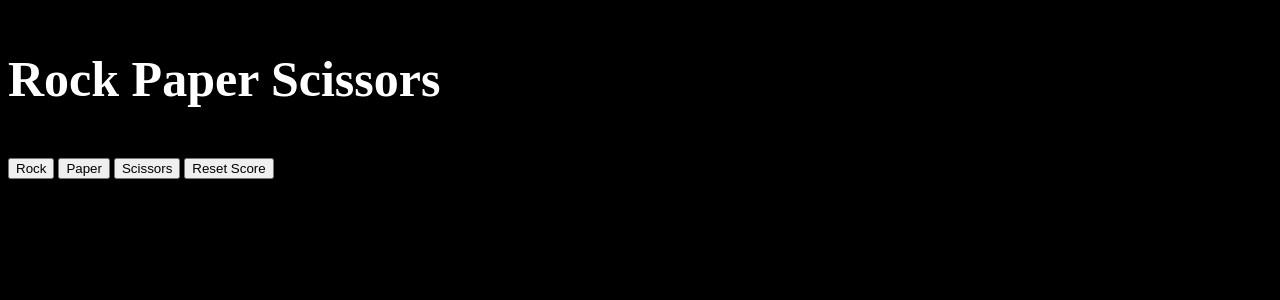
Repository: pgyunknown/Rock_paper_scissors-
Page: index.html
The author's editor kept a copy of each file at every save. The page is drawn from the files as they stood at one save, then again after the next save.
The browser window is 1280 px wide. The pictures show the whole page.

Above is the page before, as saved 2024-08-30 16:54:31.

After the next save:
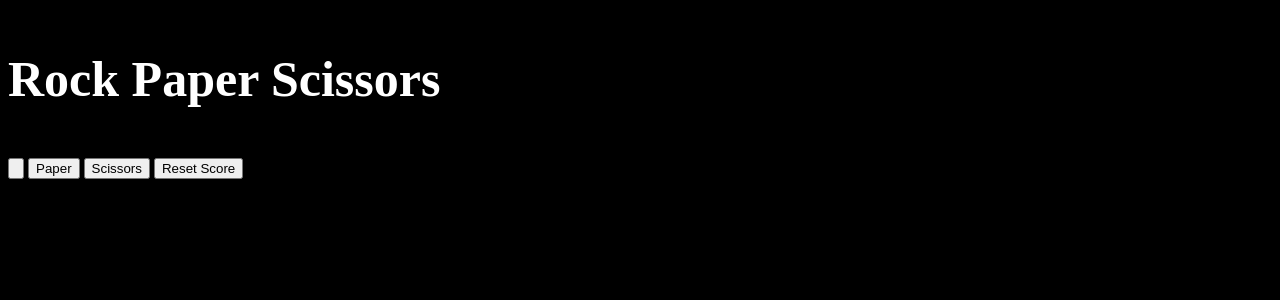
Saved 3 min 32 s later.
--- a/index.html
+++ b/index.html
@@ -9,7 +9,7 @@
     <p class="title">Rock Paper Scissors</p>
     <button onclick="
       playGame('rock');
-    ">Rock</button>
+    "><img src="" alt=""></button>
 
     <button onclick="
       playGame('paper');
